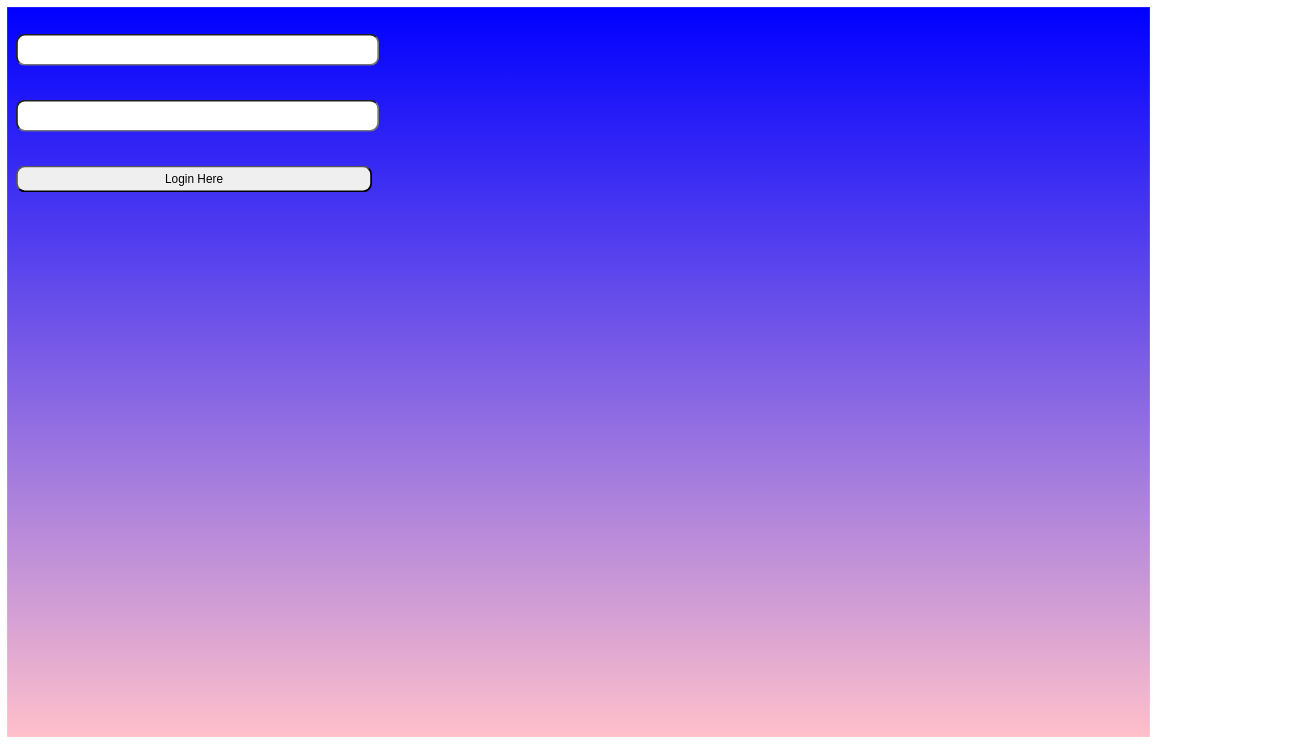
Repository: vaibhaokamble/MY_INSTITUTE_PUNE
Page: SERVLET/LoginServerApplication/src/main/webapp/login.html
An editor plug-in stored every save of this project. The page is shown before and after the next save, followed by the edit.
The browser window is 1280 px wide. The page is 1292 px wide, then 1472 px, so the pictures cover 1472 px, including what lies to the right of the window. The pictures show the whole page, at 89% of full size.

Above is the page before, as saved 2022-10-18 09:38:42.

After the next save:
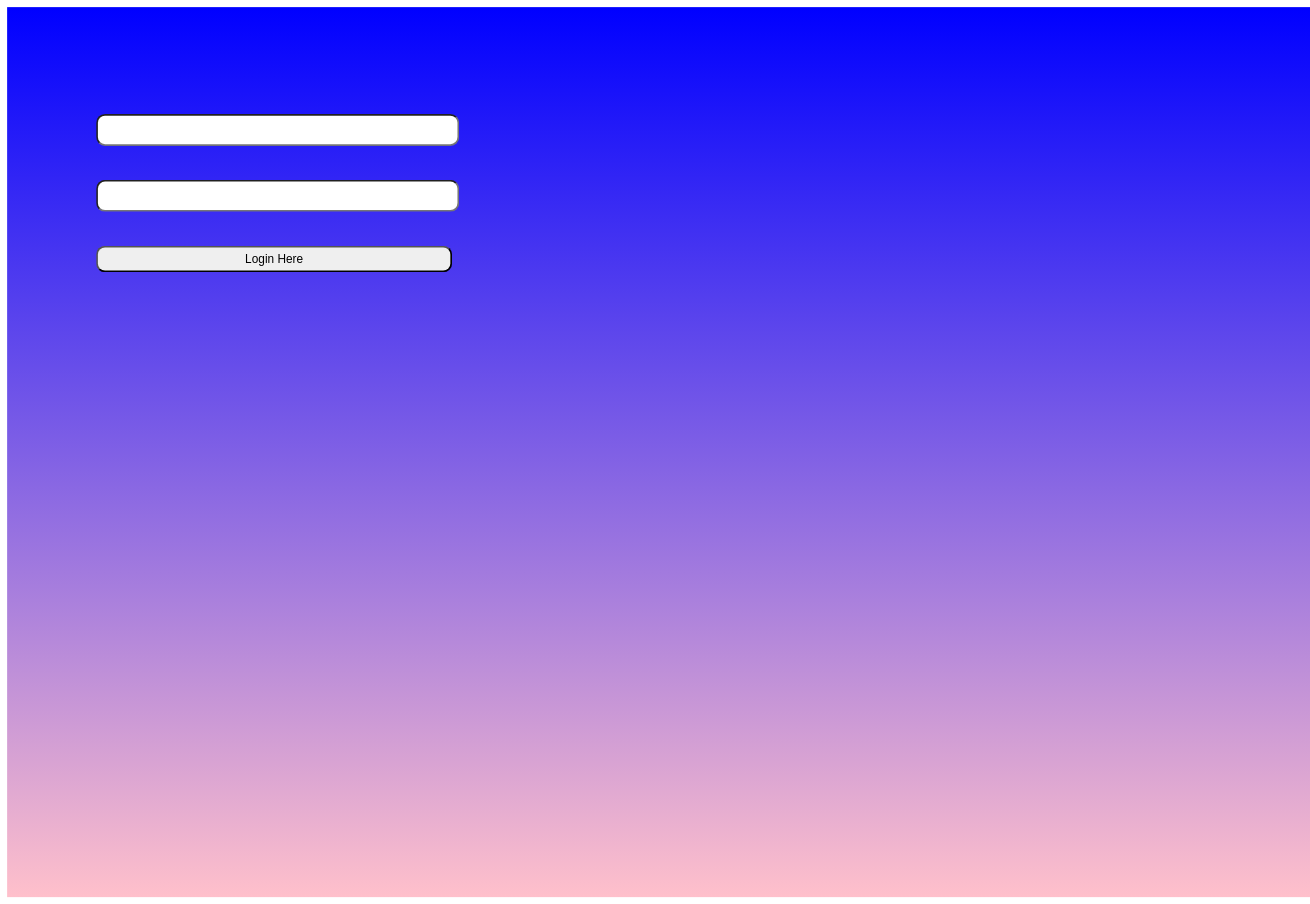
Saved 9 s later.
--- a/SERVLET/LoginServerApplication/src/main/webapp/css/style.css
+++ b/SERVLET/LoginServerApplication/src/main/webapp/css/style.css
@@ -5,7 +5,7 @@
 	width: 100%;
 	height: 800px;
 	background-image: linear-gradient(blue,pink);
-	padding:10px;
+	padding:100px;
 	margin:0px;
 }
 .control {
